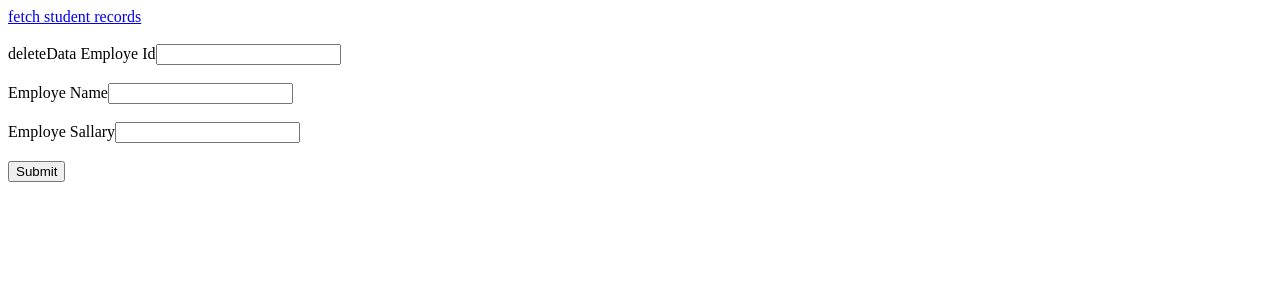
Repository: nitesh0402/spring-mvc-project
Page: http://localhost/SpringCrud/
The author's editor kept a copy of each file at every save. The page is drawn from the files as they stood at one save, then again after the next save.
The browser window is 1280 px wide. The pictures show the whole page.
The page is served by Tomcat 9. Other server files are loaded and not shown.

Above is the page before, as saved 2022-06-18 13:05:10.

### new-nitesh-workspace/SpringCrud/src/main/webapp/index.jsp
<%@ page language="java" contentType="text/html; charset=ISO-8859-1"
    pageEncoding="ISO-8859-1"%>
<!DOCTYPE html>
<html>
<head>
<meta charset="ISO-8859-1">
<title>Insert title here</title>
</head>
<body>
<!--  <a href="si">call SiForm</a><br><br>  -->

    <a href="Select">fetch student records</a><br><br>

<!-- <form action="stuDetail">
RollNumber<input type="number" name="rollNum" id="rollNum"><br><br>
Student Name<input type="text" name="name" id="name"><br><br>
<input type="submit">
</form>  -->

  <form action="DeleteempRecord">   deleteData
Employe Id<input type="number" name="empId" id="empId"><br><br>
Employe Name<input type="text" name="empName" id="empName"><br><br>
Employe Sallary<input type="number" name="empSall" id="empSall"><br><br>
<input type="submit">
</form>



<!--  <form action="Insert">
Employe Id<input type="number" name="empId" id="empId"><br><br>
Employe Name<input type="text" name="empName" id="empName"><br><br>

Employe Sallary<input type="number" name="empSall" id="empSall"><br><br>
<input type="submit">
</form>
  -->

</body>
</html>

After the next save:
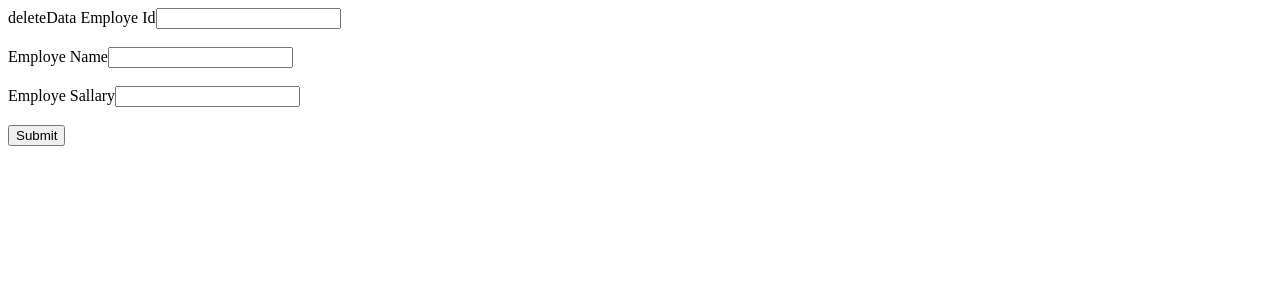
Saved 16 s later.
--- a/new-nitesh-workspace/SpringCrud/src/main/webapp/index.jsp
+++ b/new-nitesh-workspace/SpringCrud/src/main/webapp/index.jsp
@@ -8,8 +8,8 @@
 </head>
 <body>
 <!--  <a href="si">call SiForm</a><br><br>  -->
-
-    <a href="Select">fetch student records</a><br><br>
+<!--
+    <a href="Select">fetch student records</a><br><br>  -->
 
 <!-- <form action="stuDetail">
 RollNumber<input type="number" name="rollNum" id="rollNum"><br><br>
